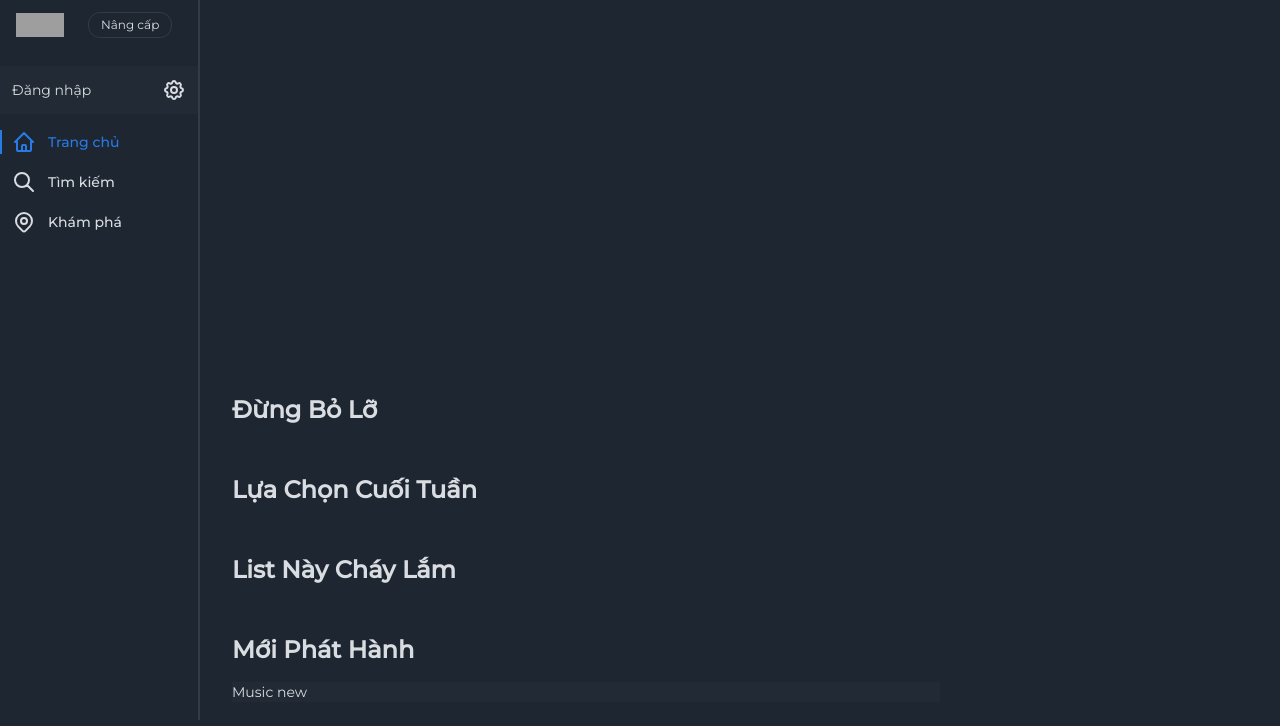
Repository: hoang0508/React-TypeScript-MP3
Page: /
These files come from the project's save history. The page is drawn as it stood at one moment and after the next save; the edit follows.
The browser window is 1280 px wide. The pictures show the whole page.
Pictures or frames that could not be fetched are drawn as grey boxes. The project was rebuilt for these pictures with package versions that can differ from the ones it lists, and the page was loaded fresh each time. Also part of the build but not shown: src/components/icon/IconDots.tsx, src/components/icon/IconDownLoad.tsx, src/components/icon/IconPlay.tsx, src/modules/music/MusicList.scss, src/modules/music/MusicItem.tsx.

Above is the page before, as saved 2022-07-30 15:20:27.

After the next save:
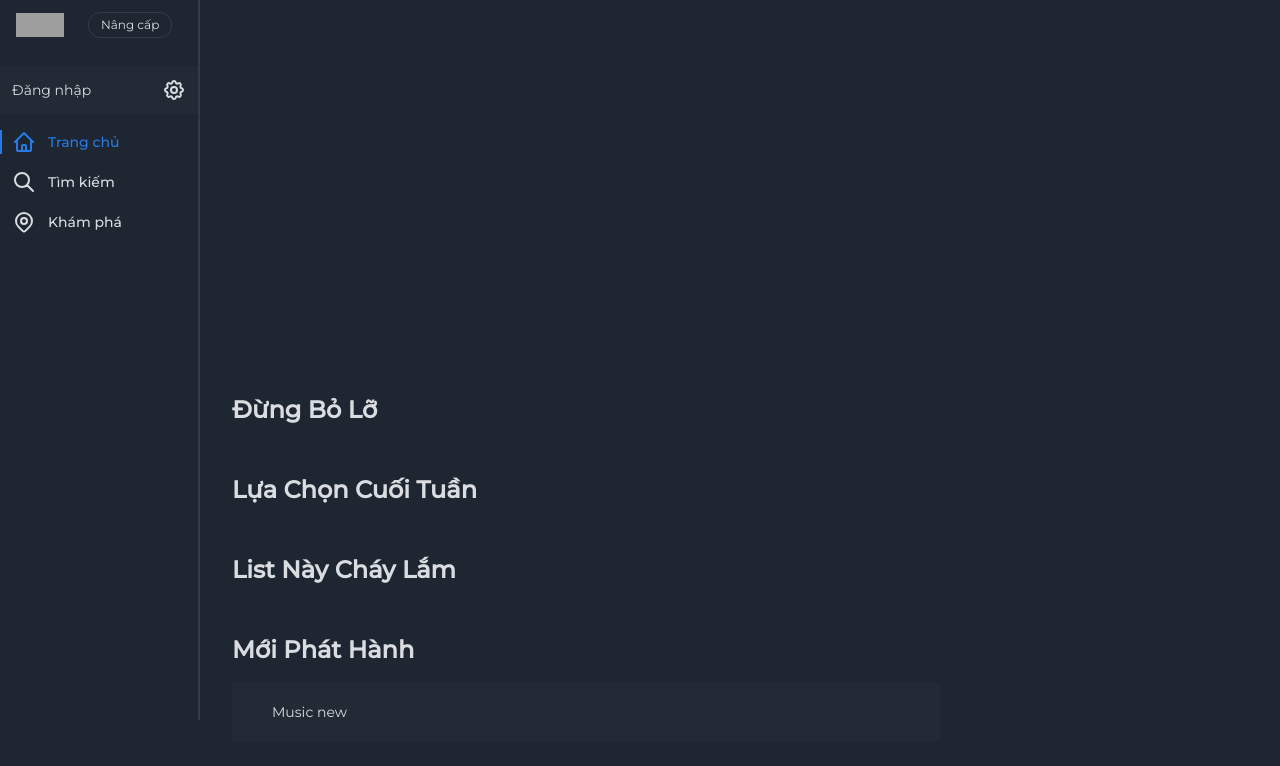
Saved 32 s later.
--- a/src/modules/home/HomeMusicNew.tsx
+++ b/src/modules/home/HomeMusicNew.tsx
@@ -6,5 +6,5 @@ export interface HomeMusicNewprops {}
 export default function HomeMusicNew(props: HomeMusicNewprops) {
   const data = useSelector((state: any) => state.music.dataMusic);
   const dataMusicNew = data.newRelease?.song;
-  return <div className="bg-bgColor2">Music new</div>;
+  return <div className="bg-bgColor2 py-5 px-10">Music new</div>;
 }
